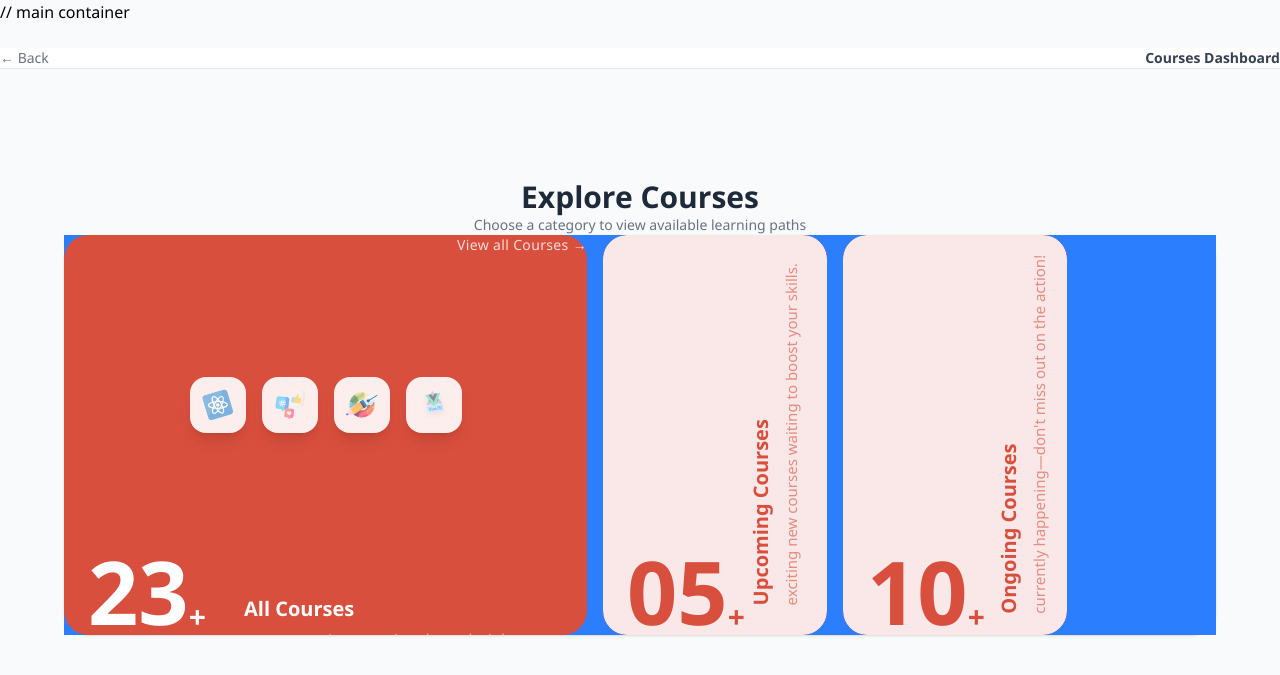
Repository: RahulRajKhadka/nextjs-dashboard-app
Page: /task2
These files come from the project's save history. The page is drawn as it stood at one moment and after the next save; the edit follows.
The browser window is 1280 px wide. The pictures show the whole page.
The project was rebuilt for these pictures with package versions that can differ from the ones it lists, and the page was loaded fresh each time. The framework's server and built-in components were replaced by stand-ins that run in the browser. Also part of the build but not shown: next.config.ts.

Above is the page before, as saved 2026-04-10 15:14:20.

### src/app/layout.tsx
import type { Metadata } from "next";
import "./globals.css";

export const metadata: Metadata = {
  title: "SkillShikshya Tasks",
  description: "Frontend & Logical Tasks",
};

export default function RootLayout({
  children,
}: {
  children: React.ReactNode;
}) {
  return (
    <html lang="en">
      <body>{children}</body>
    </html>
  );
}

### src/app/task2/page.tsx
"use client";
import dynamic from "next/dynamic";
import Link from "next/link";

const CourseCards = dynamic(() => import("@/components/task2/CourseCards"), {
  loading: () => (
    <div className="flex items-center justify-center h-[300px] text-gray-400 text-sm">
      Loading courses...
    </div>
  ),
  ssr: false,
});

export default function Task2Page() {
  return (
    <main className="min-h-screen bg-gray-50 flex flex-col gap-6 "> // main container

      {/* Top Bar */}
      <div className="flex items-center justify-between px-6 md:px-10 py-4 border-b border-gray-200 bg-white">
        <Link
          href="/"
          className="text-sm text-gray-500 hover:text-gray-900 transition-colors"
        >
          ← Back
        </Link>

        <span className="text-sm font-semibold text-gray-700">
          Courses Dashboard
        </span>
      </div>

      {/* Centered Content */}
      <div className="flex-1 flex items-center justify-center px-4 py-10">

        <div className="w-full max-w-6xl">

          {/* Heading */}
          <div className="mb-8 text-center mt-10">
            <h1 className="text-3xl font-bold text-gray-800">
              Explore Courses
            </h1>
            <p className="text-gray-500 text-sm mt-2">
              Choose a category to view available learning paths
            </p>
          </div>

          {/* Cards */}
          <div className="bg-white rounded-3xl shadow-sm p-4 md:p-6">
            <CourseCards />
          </div>

        </div>

      </div>
    </main>
  );
}

### src/app/globals.css
@import "tailwindcss";

* {
  margin: 0;
  padding: 0;
  box-sizing: border-box;
}

html {
  scroll-behavior: smooth;
}

body {
  font-family: "Segoe UI", sans-serif;
  background-color: #f5f5f5;
}

.vertical-text {
  writing-mode: vertical-rl;
  transform: rotate(180deg);
}

### src/components/task2/CourseCards.tsx
"use client";

import { useState, useRef, useLayoutEffect } from "react";
import CourseCard from "./CourseCard";
import { courseCardsData } from "./courseCardsData";
import gsap from "gsap";

export default function CourseCards() {
  const [expandedId, setExpandedId] = useState<number>(1);
  const [directionMap, setDirectionMap] = useState<Map<number, "left" | "right">>(new Map());

  const cardRefs = useRef<(HTMLDivElement | null)[]>([]);
  const labelRefs = useRef<(HTMLDivElement | null)[]>([]); // Store label refs
  const numberRefs = useRef<(HTMLDivElement | null)[]>([]); // Store number refs
  const containerRef = useRef<HTMLDivElement>(null);
  const expandedWidth = useRef(0);
  const collapsedWidth = useRef(0);
  const isAnimating = useRef(false);

  useLayoutEffect(() => {
    const container = containerRef.current;
    if (!container) return;

    const totalWidth = container.clientWidth;
    const gap = 16;
    const totalGap = gap * (courseCardsData.length - 1);
    const unit = (totalWidth - totalGap) / courseCardsData.length;

    expandedWidth.current = unit * 1.4;
    collapsedWidth.current = unit * 0.6;

    const initialDirectionMap = new Map<number, "left" | "right">();
    courseCardsData.forEach((course, index) => {
      const initialDirection = index === 0 ? "right" : "left";
      initialDirectionMap.set(course.id, initialDirection);
    });
    setDirectionMap(initialDirectionMap);

    cardRefs.current.forEach((el, i) => {
      if (el) {
        gsap.set(el, {
          width: courseCardsData[i].id === 1 ? expandedWidth.current : collapsedWidth.current,
        });
      }
    });
  }, []);

  const getDirectionForCard = (clickedId: number, currentExpandedId: number): "left" | "right" => {
    const clickedIndex = courseCardsData.findIndex((c) => c.id === clickedId);
    const expandedIndex = courseCardsData.findIndex((c) => c.id === currentExpandedId);

    if (clickedIndex === 0) return "right";
    if (clickedIndex === courseCardsData.length - 1) return "left";

    if (clickedIndex < expandedIndex) return "right";
    return "left";
  };

  const handleCardClick = (courseId: number) => {
    if (courseId === expandedId || isAnimating.current) return;

    const newDirection = getDirectionForCard(courseId, expandedId);
    const prevIndex = courseCardsData.findIndex((c) => c.id === expandedId);
    const newIndex = courseCardsData.findIndex((c) => c.id === courseId);

    isAnimating.current = true;

    const tl = gsap.timeline({
      onComplete: () => {
        isAnimating.current = false;
      },
    });

    setDirectionMap(prev => {
      const newMap = new Map(prev);
      newMap.set(courseId, newDirection);
      return newMap;
    });

    // Get label and number elements for animation
    const oldLabel = labelRefs.current[prevIndex];
    const newLabel = labelRefs.current[newIndex];
    const oldNumber = numberRefs.current[prevIndex];
    const newNumber = numberRefs.current[newIndex];
    const courseData = courseCardsData[newIndex];

    // Animate old card collapse
    tl.to(cardRefs.current[prevIndex], {
      width: collapsedWidth.current,
      duration: 0.5,
      ease: "power3.inOut",
    }, 0);

    // Animate old label back to collapsed state
    if (oldLabel) {
      tl.to(oldLabel, {
        rotation: -90,
        x: 0,
        y: 0,
        color: courseData.textColor,
        duration: 0.5,
        ease: "power2.inOut",
      }, 0);
    }

    // Animate old number color
    if (oldNumber) {
      tl.to(oldNumber, {
        color: courseData.textColor,
        duration: 0.3,
      }, 0);
    }

    // Update expanded ID mid-timeline
    tl.call(() => {
      setExpandedId(courseId);
    }, null, 0.25);

    // Animate new card expansion
    tl.to(cardRefs.current[newIndex], {
      width: expandedWidth.current,
      duration: 0.5,
      ease: "power3.inOut",
    }, 0.25);

    // Animate new label to expanded position
    if (newLabel && newNumber) {
      const labelRect = newLabel.getBoundingClientRect();
      const numberRect = newNumber.getBoundingClientRect();

      const targetX = numberRect.right + 16 - (labelRect.left + labelRect.width / 2);
      const targetY = numberRect.bottom - labelRect.height / 2 - labelRect.top - labelRect.height / 2;

      tl.fromTo(newLabel,
        {
          rotation: -90,
          x: 0,
          y: 0,
          color: courseData.textColor,
        },
        {
          rotation: 0,
          x: targetX,
          y: targetY,
          color: "#ffffff",
          duration: 0.5,
          ease: "back.out(0.3)",
        }, 0.25
      );
    }

    // Animate new number color
    if (newNumber) {
      tl.to(newNumber, {
        color: "#ffffff",
        duration: 0.3,
      }, 0.4);
    }
  };

  return (
    <div ref={containerRef} className="flex  gap-4 box-border w-full py-8 bg-blue-500  min-h-[200px] md:min-h-[200px] lg:min-h-[400px] ">
      {courseCardsData.map((course, i) => (
        <div
          key={course.id}
          ref={(el) => {
            cardRefs.current[i] = el;
          }}
          className="shrink-0 overflow-hidden my-8 rounded-3xl"
        >
          <CourseCard
            course={course}
            isExpanded={expandedId === course.id}
            direction={directionMap.get(course.id) || (i === 0 ? "right" : "left")}
            isLeftmost={i === 0}
            onClick={() => handleCardClick(course.id)}
            labelRef={(el) => { labelRefs.current[i] = el; }}
            numberRef={(el) => { numberRefs.current[i] = el; }}
          />
        </div>
      ))}
    </div>
  );
}

### src/components/task2/CourseCard.tsx
"use client";

import Image from "next/image";
import { useRef, useLayoutEffect } from "react";
import { CourseCard as CourseCardType } from "@/types";
import gsap from "gsap";

interface Props {
  course: CourseCardType;
  isExpanded: boolean;
  onClick: () => void;
  direction: "left" | "right";
  isLeftmost?: boolean;
}

export default function CourseCard({
  course,
  isExpanded,
  onClick,
  direction,
  isLeftmost = false,
}: Props) {
  const numberRef = useRef<HTMLDivElement>(null);
  const collapsedLabelRef = useRef<HTMLDivElement>(null);
  const iconsRef = useRef<(HTMLSpanElement | null)[]>([]);
  const topbarRef = useRef<HTMLDivElement>(null);
  const expandedViewRef = useRef<HTMLDivElement>(null);
  const circleRef = useRef<HTMLDivElement>(null);

  useLayoutEffect(() => {
    if (!numberRef.current || !collapsedLabelRef.current) return;

    if (isExpanded) {
      // Create a timeline for smooth coordination
      const tl = gsap.timeline();

      // Show expanded view
      gsap.set(expandedViewRef.current, { display: "grid" });

      // Measure label and number positions
      const labelRect = collapsedLabelRef.current.getBoundingClientRect();
      const numberRect = numberRef.current.getBoundingClientRect();

      // Calculate target position (beside number with 16px gap)
      const targetX = numberRect.right + 16 - (labelRect.left + labelRect.width / 2);
      const targetY = numberRect.bottom - labelRect.height / 2 - labelRect.top - labelRect.height / 2;

      // 1. Circle wipe animation
      tl.to(circleRef.current, {
        clipPath: "circle(0% at 0% 100%)",
        duration: 1,
        ease: "power3.inOut",
      }, 0);

      // 2. Label animation (rotate + move) - starts at same time
      tl.fromTo(collapsedLabelRef.current,
        {
          rotation: -90,
          x: 0,
          y: 0,
          color: course.textColor,
        },
        {
          rotation: 0,
          x: 180,
          y: 188,
          color: "#ffffff",
          duration: 0.8,
          ease: "back.out(0.3)",
        }, 0
      );

      // 3. Number color change
      tl.to(numberRef.current, {
        color: "#ffffff",
        duration: 0.4,
      }, 0.2);

      // 4. Top bar animation
      const topbarFromX = direction === "left" ? 60 : -60;
      tl.fromTo(topbarRef.current,
        { opacity: 0, y: -15, x: topbarFromX },
        {
          opacity: 1,
          y: 0,
          x: 0,
          duration: 0.5,
          ease: "power2.out",
        }, 0.3
      );

      // 5. Icons animation (staggered)
      const iconsFromX = direction === "left" ? 120 : -120;
      gsap.set(iconsRef.current, { x: iconsFromX, opacity: 0 });
      iconsRef.current.forEach((icon, i) => {
        tl.to(icon, {
          x: 0,
          opacity: 1,
          duration: 0.4,
          ease: "power2.out",
        }, 0.4 + i * 0.08);
      });

    } else {
      // COLLAPSE ANIMATIONS - Smooth reverse
      const tl = gsap.timeline();

      // 1. Circle expands back
      tl.to(circleRef.current, {
        clipPath: "circle(130% at 0% 80%)",
        duration: 0.8,
        ease: "power3.inOut",
      }, 0);

      // 2. Label returns to collapsed position
      tl.to(collapsedLabelRef.current, {
        rotation: -90,
        x: 0,
        y: 0,
        color: course.textColor,
        duration: 0.6,
        ease: "power2.inOut",
      }, 0);

      // 3. Number color returns
      tl.to(numberRef.current, {
        color: course.textColor,
        duration: 0.3,
      }, 0.1);

      // 4. Hide expanded view
      tl.set(expandedViewRef.current, {
        display: "none"
      }, 0.3);

      // 5. Reset icons and topbar
      tl.set(iconsRef.current, {
        clearProps: "x,opacity"
      }, 0.4);

      tl.set(topbarRef.current, {
        clearProps: "x,y,opacity"
      }, 0.4);
    }
  }, [isExpanded, direction, course.textColor]);

  return (
    <div
      onClick={onClick}
      className="relative rounded-3xl p-8 overflow-hidden cursor-pointer h-full w-full"
      style={{ backgroundColor: course.bgExpanded }}
    >
      {/* Background circle */}
      <div
        ref={circleRef}
        className="absolute inset-0 z-[1]"
        style={{
          backgroundColor: course.bg,
          clipPath: "circle(150% at 0% 100%)",
        }}
      />

      {/* NUMBER — always bottom-left */}
      <div className="absolute bottom-0 left-6 z-[3] flex items-end p-4 pointer-events-none">
        <div ref={numberRef} className="flex items-end" style={{ color: course.textColor }}>
          <span
            className="font-black leading-none"
            style={{
              fontSize: "clamp(3.5rem,7vw,5.5rem)",
              color: "inherit",
            }}
          >
            {String(course.count).padStart(2, "0")}
          </span>
          <span className="font-black text-3xl mb-2 ml-1" style={{ color: "inherit" }}>
            +
          </span>
        </div>
      </div>

      {/* SINGLE LABEL — starts centered, rotates and moves on expand */}
      <div className="absolute  inset-0 z-[4]  flex items-center  pointer-events-none">
        <div
          ref={collapsedLabelRef}
          className="flex flex-col gap-1"
          style={{
            transform: "rotate(-90deg)",
            color: course.textColor,
          }}
        >
          <span className="font-bold text-[20px] whitespace-nowrap" style={{ color: "inherit" }}>
            {course.label}
          </span>
          <p className="text-[15px] opacity-60 whitespace-nowrap" style={{ color: "inherit" }}>
            {course.sublabel}
          </p>
        </div>
      </div>

      {/* EXPANDED VIEW — topbar + icons only */}
      <div
        ref={expandedViewRef}
        className="absolute inset-0 z-[2] p-5"
        style={{
          display: isExpanded ? "grid" : "none",
          gridTemplateRows: "auto 1fr auto",
        }}
      >
        {/* Row 1: topbar */}
        <div ref={topbarRef} className="flex justify-end mt-40 opacity-0">
          <span className="text-white/80 text-sm font-medium tracking-wide">
            View all Courses →
          </span>
        </div>

        {/* Row 2: icons */}
        <div className="flex gap-4 items-center justify-center">
          {course.icons?.map((iconPath, i) => (
            <span
              key={i}
              ref={(el) => (iconsRef.current[i] = el)}
              className="w-14 h-14 rounded-2xl bg-white/90 backdrop-blur-sm flex items-center justify-center shadow-lg"
            >
              <Image src={iconPath} alt="" width={32} height={32} className="opacity-80" />
            </span>
          ))}
        </div>

        {/* Row 3: empty spacer */}
        <div className="h-20" />
      </div>
    </div>
  );
}

### src/components/task2/courseCardsData.ts
import { CourseCard } from "@/types";

export const courseCardsData: CourseCard[] = [
  {
    id: 1,
    count: "23",
    label: "All Courses",
    sublabel: "courses you're powering through right now.",
    bg: "#F9E8E7",        // ← was "#D94F3D", should be light pink
    textColor: "#D94F3D",  // ← was "white", red for collapsed state
    bgExpanded: "#D94F3D",
    icons: ["/images/react.svg", "/images/likes.svg", "/images/design.svg", "/images/view.svg"],
  },
  {
    id: 2,
    count: "05",
    label: "Upcoming Courses",
    sublabel: "exciting new courses waiting to boost your skills.",
    bg: "#F9E8E7",
    textColor: "#D94F3D",
    bgExpanded: "#D94F3D",
    icons: ["/images/react.svg", "/images/likes.svg", "/images/design.svg", "/images/view.svg"],
  },
  {
    id: 3,
    count: "10",
    label: "Ongoing Courses",
    sublabel: "currently happening—don't miss out on the action!",
    bg: "#F9E8E7",
    textColor: "#D94F3D",
    bgExpanded: "#D94F3D",
    icons: ["/images/react.svg", "/images/likes.svg", "/images/design.svg", "/images/view.svg"],
  },
];

After the next save:
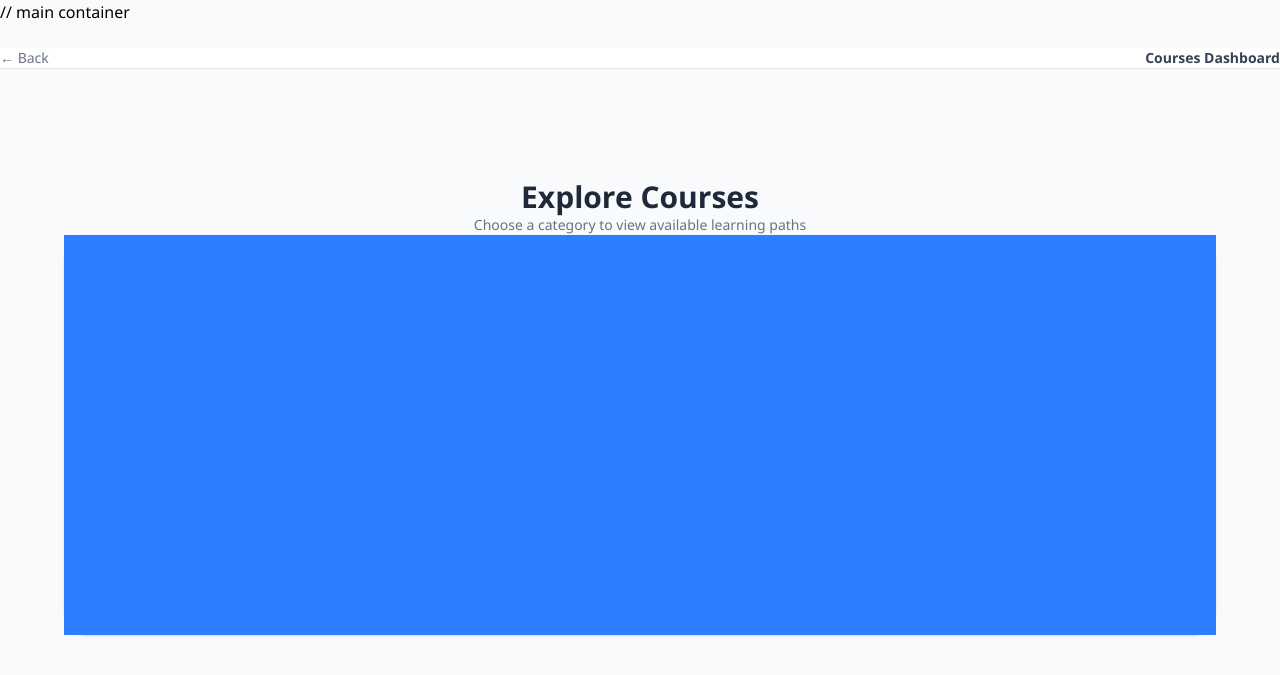
Saved 6 s later.
--- a/src/components/task2/CourseCards.tsx
+++ b/src/components/task2/CourseCards.tsx
@@ -159,7 +159,7 @@
   };
 
   return (
-    <div ref={containerRef} className="flex  gap-4 box-border w-full py-8 bg-blue-500  min-h-[200px] md:min-h-[200px] lg:min-h-[400px] ">
+    <div ref={containerRef} className="flex flex-col gap-4 box-border w-full py-8 bg-blue-500  min-h-[200px] md:min-h-[200px] lg:min-h-[400px] ">
       {courseCardsData.map((course, i) => (
         <div
           key={course.id}

After the 4 saves that followed:
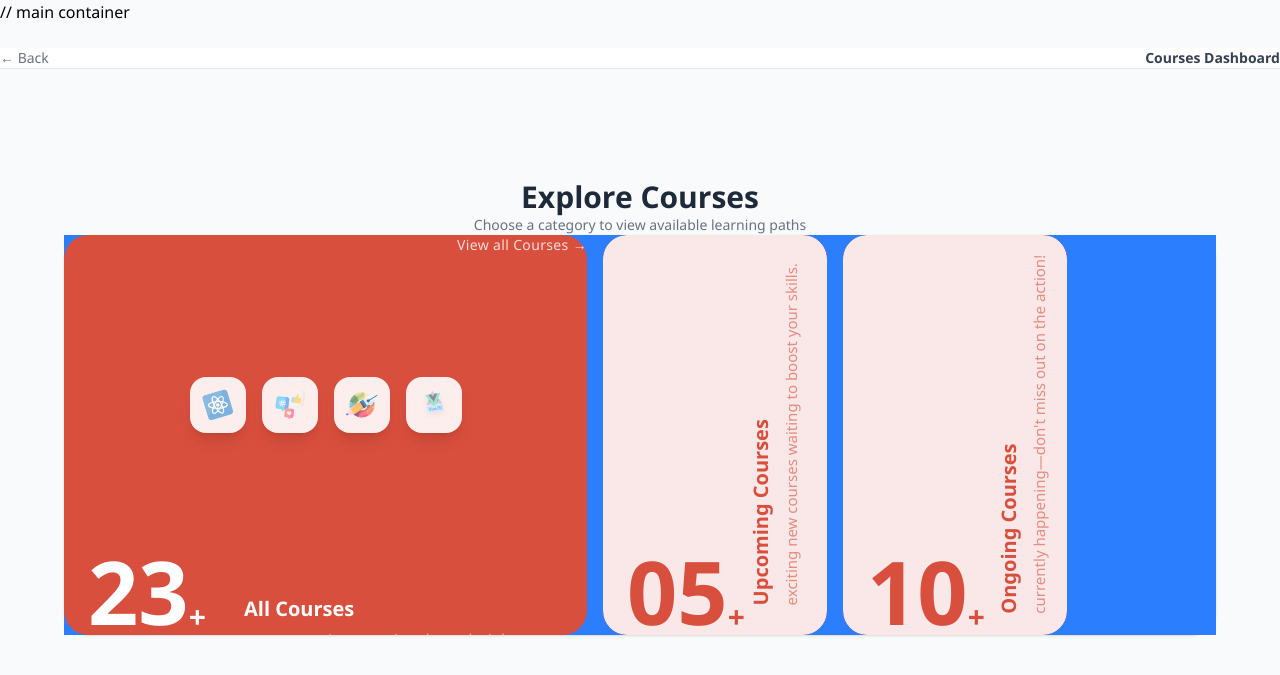
The 4 saves are shown as one change because 1 left the picture as it was and some came seconds apart.
The last was saved 56 s later.
--- a/src/components/task2/CourseCards.tsx
+++ b/src/components/task2/CourseCards.tsx
@@ -159,7 +159,7 @@
   };
 
   return (
-    <div ref={containerRef} className="flex flex-col gap-4 box-border w-full py-8 bg-blue-500  min-h-[200px] md:min-h-[200px] lg:min-h-[400px] ">
+    <div ref={containerRef} className="flex items-cent gap-4 box-border w-full py-8 bg-blue-500  min-h-[200px] md:min-h-[200px] lg:min-h-[400px] ">
       {courseCardsData.map((course, i) => (
         <div
           key={course.id}
